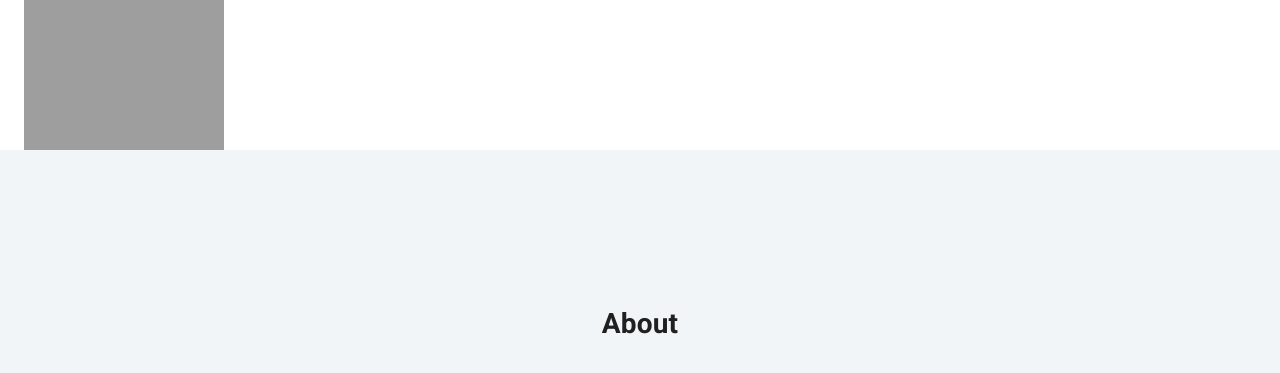
Repository: vinuvish/groundstandards_react
Page: /
These files come from the project's save history. The page is drawn as it stood at one moment and after the next save; the edit follows.
The browser window is 1280 px wide. The pictures show the whole page.
Pictures or frames that could not be fetched are drawn as grey boxes. The page's requests for data from a server got no answer. The project was rebuilt for these pictures with package versions that can differ from the ones it lists, and the page was loaded fresh each time. No one was signed in, and anything a server would have sent is missing. Also part of the build but not shown: src/pages/app/NotFoundPage.tsx, src/pages/app/SignUpPage.tsx, src/pages/app/AboutPage.tsx, src/pages/app/OurSolutionPage.tsx, src/pages/app/OurPartnerPage.tsx, src/pages/app/ResourcePage.tsx, src/pages/app/PressPage.tsx, src/pages/app/BlockPage.tsx and 1 more.

Above is the page before, as saved 2020-11-25 22:33:40.

After the next save:
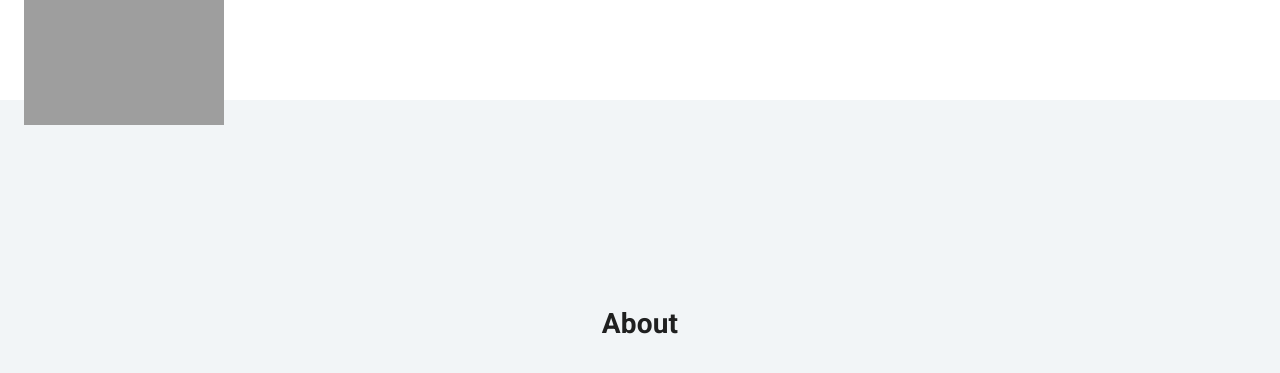
Saved 21 s later.
--- a/src/components/ZAppBar.tsx
+++ b/src/components/ZAppBar.tsx
@@ -112,7 +112,7 @@ export default function ZAppBar() {
   return (
     <div className={classes.grow}>
       <AppBar className={classes.appBar} position='fixed' elevation={2} color="inherit">
-        <Toolbar  >
+        <Toolbar className={classes.toolBar} >
           <img src="../assets/images/logo.svg" alt="logo" className={classes.logo} />
         </Toolbar>
 
